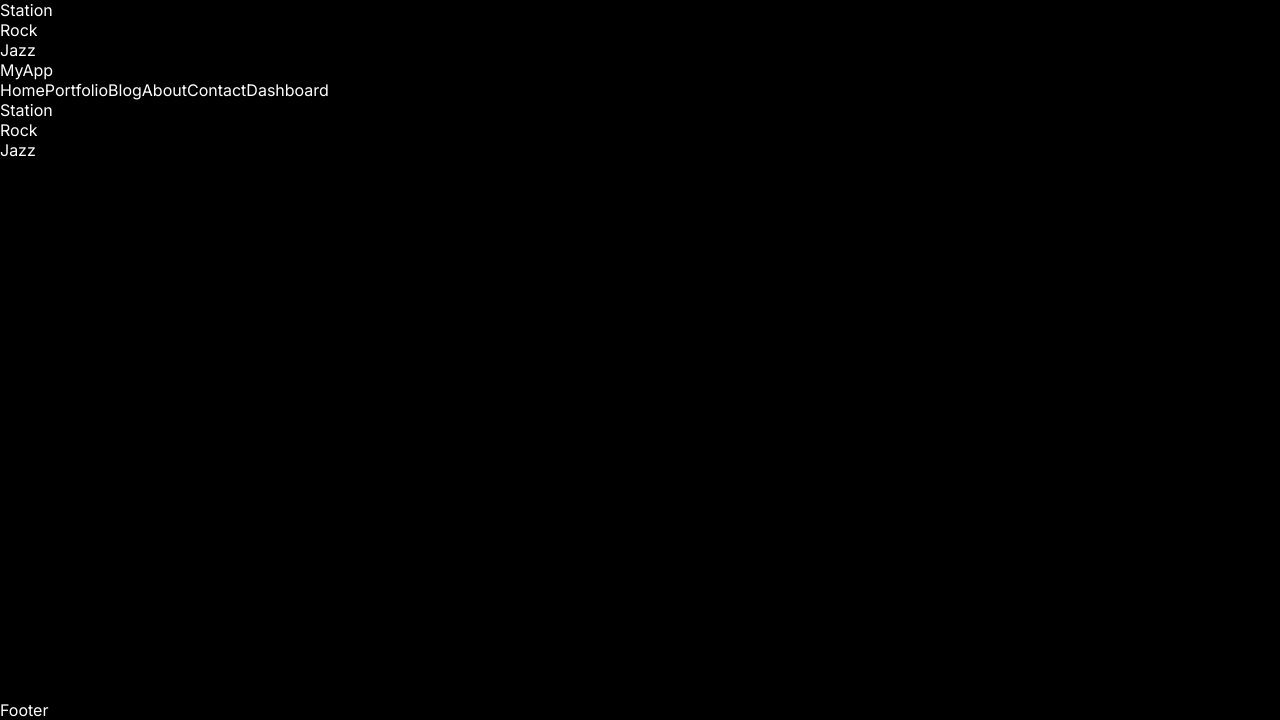
Repository: Iq-Life/musicflow-life
Page: /station
The author's editor kept a copy of each file at every save. The page is drawn from the files as they stood at one save, then again after the next save.
The browser window is 1280 px wide. The pictures show the whole page.
The project was rebuilt for these pictures with package versions that can differ from the ones it lists, and the page was loaded fresh each time. The framework's server and built-in components were replaced by stand-ins that run in the browser. Also part of the build but not shown: next.config.js.

Above is the page before, as saved 2023-09-14 15:21:39.

### src/app/layout.tsx
import './globals.css'
import type { Metadata } from 'next'
import { Inter } from 'next/font/google'
import Navbar from '@/components/navbar/Navbar'
import Footer from '@/components/footer/Footer'
import StationsList from '@/components/station/StationsList'

const inter = Inter({ subsets: ['latin'] })

export const metadata: Metadata = {
  title: 'Create Next App',
  description: 'Generated by create next app',
}

export default function RootLayout({
  children,
}: {
  children: React.ReactNode
}) {
  return (
    <html lang="en">
      <body className={inter.className}>
        <div className='container'>
          <StationsList/>
          <Navbar/>
          {children}
          <Footer/>
        </div>
      </body>
    </html>
  )
}

### src/app/station/page.tsx
import React from 'react'

const stationsMusic = [
  {
    id:1,
    title: 'Rock'
  },
  {
    id:2,
    title: 'Jazz'
  },
]

const Stations = () => {
  return (
    <ul>
      Station
      {stationsMusic.map((station) => (
        <li key={station.id}>{station.title}</li>
      ))}
    </ul>
  )
}

export default Stations

### src/app/globals.css
* {
  box-sizing: border-box;
  padding: 0;
  margin: 0;
}

html,
body {
  max-width: 100vw;
  overflow-x: hidden;
  background-color: black;
  color: #fff;
}

a {
  text-decoration: none;
  color: inherit;
}

.container {
  width: 100vw;
  height: 100vh;
  position: relative;
}

### src/components/navbar/Navbar.tsx
import Link from 'next/link'

const links = [
  {
    id:1,
    title: 'Home',
    url: "/",
  },
  {
    id:2,
    title: 'Portfolio',
    url: "/portfolio",
  },
  {
    id:3,
    title: 'Blog',
    url: "/blog",
  },
  {
    id:4,
    title: 'About',
    url: "/about",
  },
  {
    id:5,
    title: 'Contact',
    url: "/contact",
  },
  {
    id:6,
    title: 'Dashboard',
    url: "/dashboard",
  },
]

const Navbar = () => {
  return (
    <nav>
      <Link href='/'>MyApp</Link>
      <div>
        {links.map((link)=> (
          <Link key={link.id} href={link.url}>{link.title}</Link>
        ))}
      </div>
    </nav>
  )
}

export default Navbar

### src/components/footer/Footer.tsx
import styles from './Footer.module.scss'

const Footer = () => {
  return (
    <footer className={styles.footer}>Footer</footer>
  )
}

export default Footer

### src/components/station/StationsList.tsx
import React from 'react'

const stationsMusic = [
  {
    id:1,
    title: 'Rock'
  },
  {
    id:2,
    title: 'Jazz'
  },
]

const StationsList = () => {
  return (
    <ul>
      Station
      {stationsMusic.map((station) => (
        <li key={station.id}>{station.title}</li>
      ))}
    </ul>
  )
}

export default StationsList

### src/components/footer/Footer.module.scss
.footer {
  position: absolute;
  bottom: 0;
  right: 0;
  left: 0;
}

After the next save:
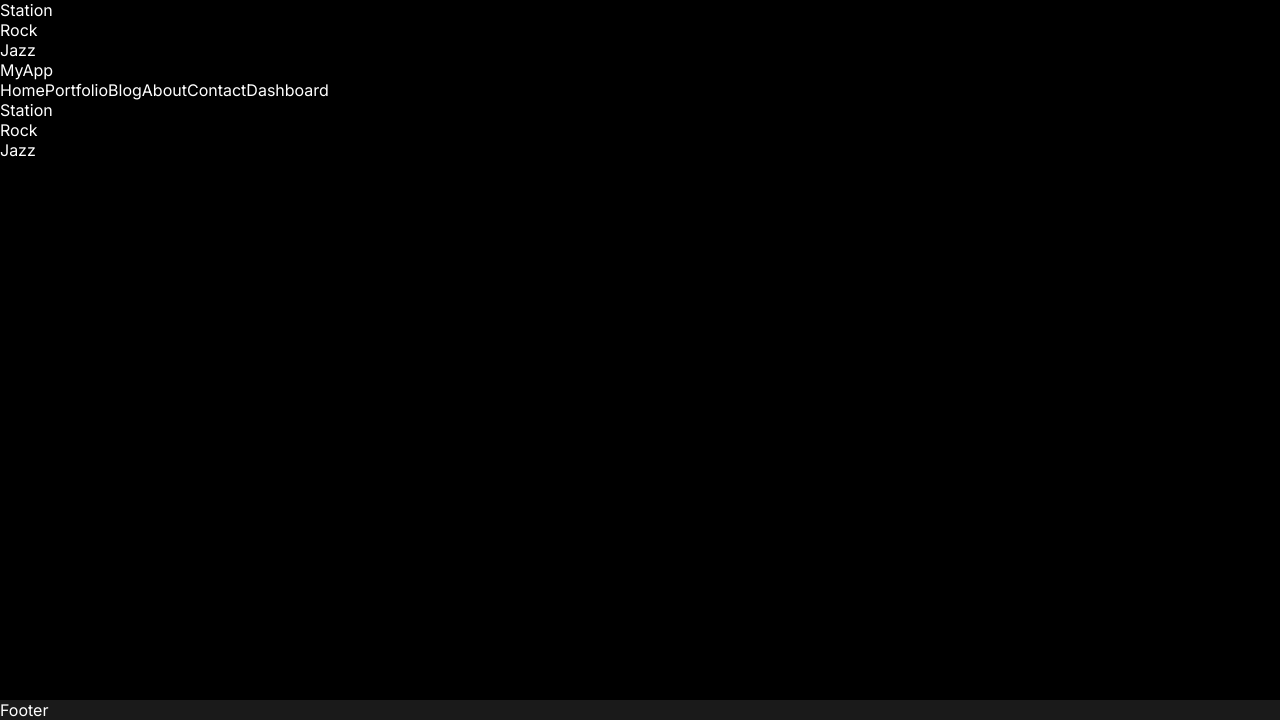
Saved 115 s later.
--- a/src/components/footer/Footer.module.scss
+++ b/src/components/footer/Footer.module.scss
@@ -3,4 +3,5 @@
   bottom: 0;
   right: 0;
   left: 0;
+  background-color: rgba(255,255,255, 0.1);
 }
